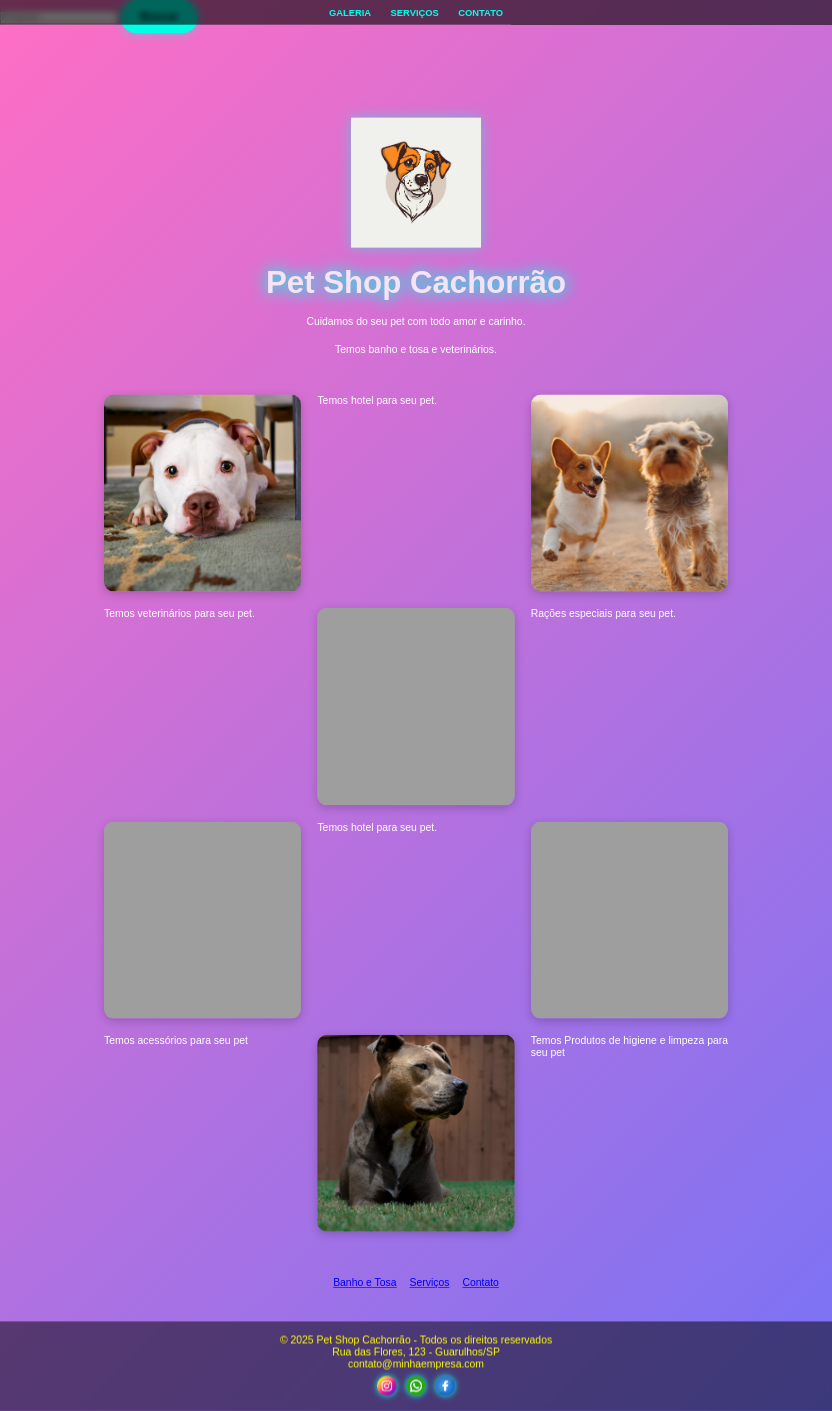
Repository: Sandro1969-tech/Desafio-petshop
Page: index.html
These files come from the project's save history. The page is drawn as it stood at one moment and after the next save; the edit follows.
The browser window is 1280 px wide. The pictures show the whole page, at 65% of full size.
Pictures or frames that could not be fetched are drawn as grey boxes.

Above is the page before, as saved 2025-12-11 20:06:08.

After the next save:
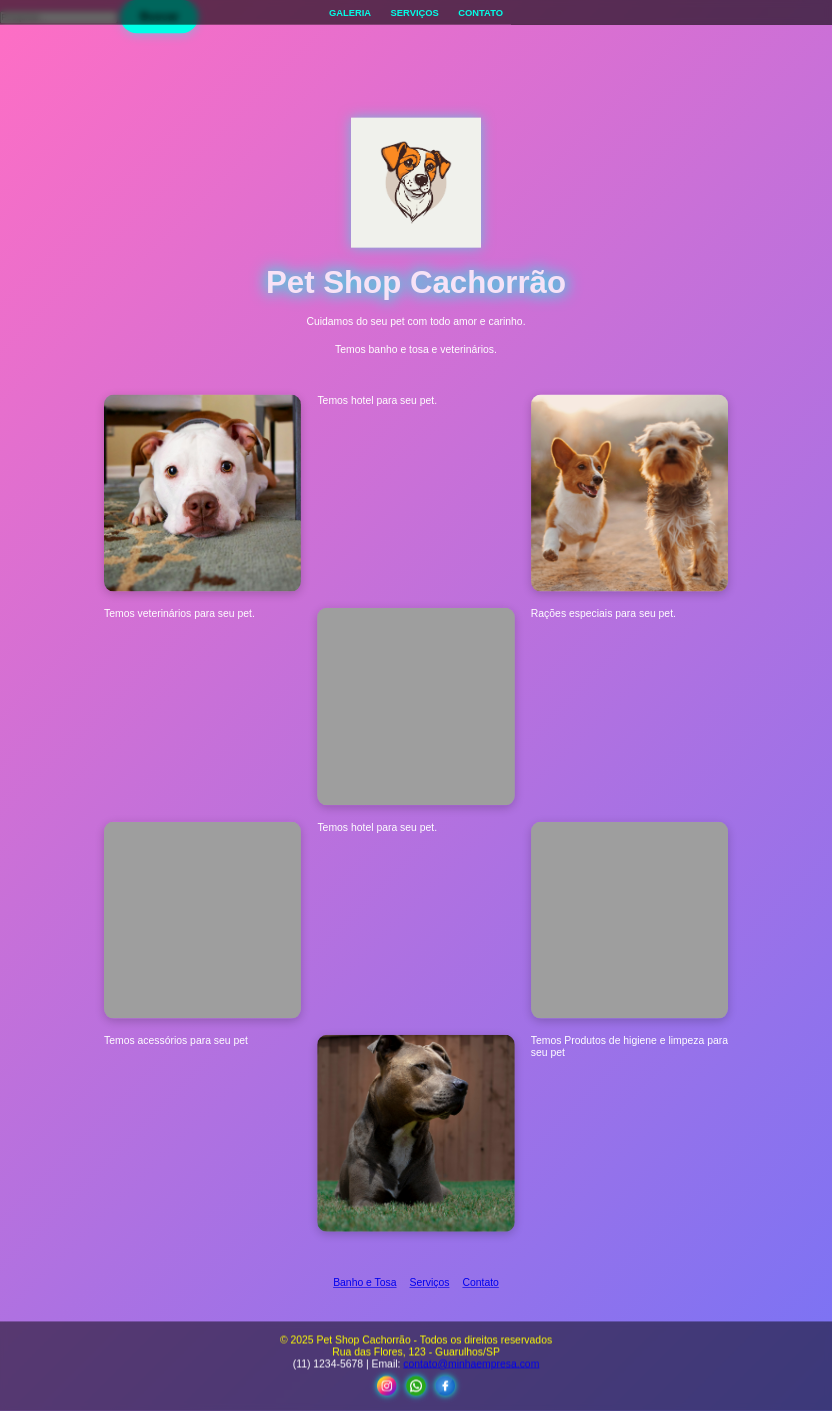
Saved 10 s later.
--- a/index.html
+++ b/index.html
@@ -59,7 +59,7 @@
   <footer id="contact">
     <p  style="color: yellow;">© 2025 Pet Shop Cachorrão - Todos os direitos reservados</p>
     <p style="color: yellow;"> Rua das Flores, 123 - Guarulhos/SP</p>
-    <p style="color: yellow;" (11) 1234-5678 | Email: <a href="mailto:contato@minhaempresa.com">contato@minhaempresa.com</a></p>
+    <p style="color: yellow;"></p> (11) 1234-5678 | Email: <a href="mailto:contato@minhaempresa.com">contato@minhaempresa.com</a></p>
     <div class="social-icons">
       <a href="https://instagram.com/seuPerfil" target="_blank" aria-label="Instagram">
         <img src="assets/image/instagram.png" alt="Instagram">
